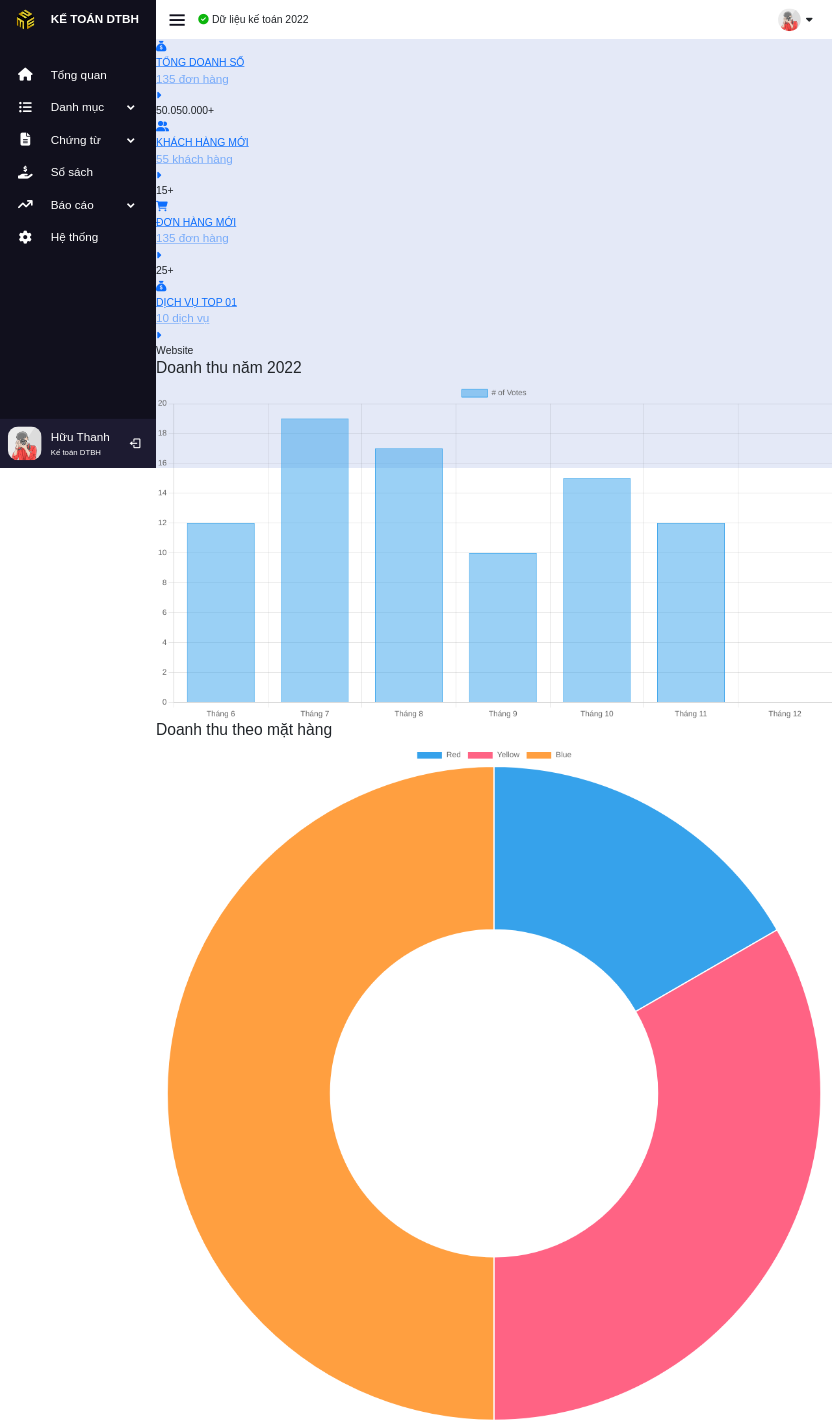
Repository: huuthanhdev/PhanMemKeToan
Page: pages/overview.html
These files come from the project's save history. The page is drawn as it stood at one moment and after the next save; the edit follows.
The browser window is 1280 px wide. The pictures show the whole page, at 65% of full size.
Some web fonts or font styles are not loaded; a fallback is used. Some web libraries are served in a nearby version.

Above is the page before, as saved 2023-05-22 11:55:12.

### pages/overview.html
<!DOCTYPE html>

<html lang="en">
<head>
    <meta charset="UTF-8">
    <meta http-equiv="X-UA-Compatible" content="IE=edge">
    <meta name="viewport" content="width=device-width, initial-scale=1.0">
    <link rel="icon" type="png" href="/img/logo 2me.png"/>
    <title>2MILLION</title>
    <!----======== CSS ======== -->
    <link rel="stylesheet" href="/css/style.css">
    <!----===== Boxicons CSS ===== -->
    <link href='https://unpkg.com/boxicons@2.1.1/css/boxicons.min.css' rel='stylesheet'>
    <link rel="stylesheet" href="https://cdnjs.cloudflare.com/ajax/libs/font-awesome/6.1.2/css/all.min.css" integrity="sha512-1sCRPdkRXhBV2PBLUdRb4tMg1w2YPf37qatUFeS7zlBy7jJI8Lf4VHwWfZZfpXtYSLy85pkm9GaYVYMfw5BC1A==" crossorigin="anonymous" referrerpolicy="no-referrer" />
    <!-- bootstrap 5 -->
    <link href="https://cdn.jsdelivr.net/npm/bootstrap@5.2.1/dist/css/bootstrap.min.css" rel="stylesheet"
    integrity="sha384-iYQeCzEYFbKjA/T2uDLTpkwGzCiq6soy8tYaI1GyVh/UjpbCx/TYkiZhlZB6+fzT" crossorigin="anonymous">

</head>
<body>
    <div class="sidebar">
      <div class="logo-details">
        <!-- <i class='bx bxl-c-plus-plus'></i> -->
        <img src="/img/logo 2me.png" alt="" class="logo-img">
        <span class="logo_name">KẾ TOÁN DTBH</span>
      </div>

      <ul class="nav-links">
        <li class="nav-item active">
          <a href="/home">
            <i class='fa-solid fa-house'></i>
            <span class="link_name">Tổng quan</span>
          </a>

          <ul class="sub-menu blank active">
            <li><a class="link_name" href="/home">Tổng quan</a></li>
          </ul>

        </li>

        <li class="nav-item">
          <div class="icon-link">
            <a href="/danhmuc/khachhang">
              <i class='fa-solid fa-list-ul' ></i>
              <span class="link_name">Danh mục</span>
            </a>
            <i class='bx bxs-chevron-down arrow' ></i>
          </div>
          <ul class="sub-menu">
            <li><a class="link_name" href="/danhmuc/khachhang">Danh mục</a></li>
            <li><a href="/danhmuc/khachhang">Khách hàng</a></li>
            <li><a href="/danhmuc/dichvu">Dịch vụ</a></li>
            <li><a href="/danhmuc/taikhoan">Tài khoản</a></li>
          </ul>
        </li>

        <li class="nav-item">
          <div class="icon-link">
            <a href="/chungtu/hoadonGTGT">
              <i class='fa-solid fa-file-lines' ></i>
              <span class="link_name">Chứng từ</span>
            </a>
            <i class='bx bxs-chevron-down arrow' ></i>
          </div>
          <ul class="sub-menu">
            <li><a class="link_name" href="/chungtu/hoadonGTGT">Chứng từ</a></li>
            <li><a href="/chungtu/hoadonGTGT">Hóa đơn GTGT</a></li>
            <li><a href="/chungtu/phieuGG">Phiếu giảm giá DV</a></li>
          </ul>
        </li>

        <li class="nav-item">
          <a href="#">
            <i class='fa-solid fa-hand-holding-dollar' ></i>
            <span class="link_name">Sổ sách</span>
          </a>
          <ul class="sub-menu blank">
            <li><a class="link_name" href="#">Sổ sách</a></li>
          </ul>
        </li>

        <li class="nav-item">
          <div class="icon-link">
            <a href="#">
              <i class='fa-solid fa-arrow-trend-up' ></i>
              <span class="link_name">Báo cáo</span>
            </a>
            <i class='bx bxs-chevron-down arrow' ></i>
          </div>
          <ul class="sub-menu">
            <li><a class="link_name" href="#">Báo cáo</a></li>
            <li><a href="#">Doanh thu theo KH</a></li>
            <li><a href="#">Doanh thu theo DV</a></li>
            <li><a href="#">Tổng hợp Doanh thu</a></li>
            <li><a href="#">Giảm trừ Doanh thu</a></li>
          </ul>
        </li>

        <li class="nav-item">
          <a href="#">
            <i class='fa-solid fa-gear' ></i>
            <span class="link_name">Hệ thống</span>
          </a>
          <ul class="sub-menu blank">
            <li><a class="link_name" href="#">Hệ thống</a></li>
          </ul>
        </li>
        <li>
      <div class="profile-details">
        <div class="profile-content">
          <img src="/img/client2.png" alt="profileImg">
        </div>
        <div class="name-job">
          <div class="profile_name">Hữu Thanh</div>
          <div class="job">Kế toán DTBH</div>
        </div>
        <i class='bx bx-log-out' ></i>
      </div>
    </li>
  </ul>
    </div>
  <section class="home-section">
    <div class="home-nav">
        <i class='bx bx-menu' ></i>
        <div class="home-text">
            <i class="fa-solid fa-circle-check home-icon"></i>
            <span>Dữ liệu kế toán 2022</span>
        </div>

        <div class="home-info">
            <img src="/img/client2.png" alt="avatar" class="home-avatar">
            <i class="fa-solid fa-caret-down"class="home-icon"></i>
        </div>
    </div>
      <!-- home-content overview -->
      <div class="home-content--overview">
        <div class="home-card">
          <div class="card-item">
            <a href="#" class="card-heading">
              <div class="icon-primary">
                <i class="fa-solid fa-sack-dollar icon-card"></i>
              </div>
              <div class="header">
                <span style="text-transform: uppercase;">Tổng Doanh số </span>
                <br>
                <span style="opacity: 0.5; font-size: 18px;">135 đơn hàng</span>
              </div>
              <i class="fa-solid fa-caret-right icon-caret"></i>
            </a>
            <div class="card-content">
              <span>50.050.000+</span>
            </div>
          </div>
          <div class="card-item">
            <a href="/danhmuc/khachhang" class="card-heading">
              <div class="icon-primary">
                <i class="fa-solid fa-user-group icon-card"></i>
              </div>
              <div class="header">
                <span style="text-transform: uppercase;">KHÁCH HÀNG MỚI</span>
                <br>
                <span style="opacity: 0.5; font-size: 18px;">55 khách hàng</span>
              </div>
              <i class="fa-solid fa-caret-right icon-caret"></i>
            </a>
            <div class="card-content">
              <span>15+</span>
            </div>
          </div>
          <div class="card-item">
            <a href="#" class="card-heading">
              <div class="icon-primary">
                <i class="fa-solid fa-cart-shopping icon-card"></i>
              </div>
              <div class="header">
                <span style="text-transform: uppercase;">ĐƠN HÀNG MỚI</span>
                <br>
                <span style="opacity: 0.5; font-size: 18px;">135 đơn hàng</span>
              </div>
              <i class="fa-solid fa-caret-right icon-caret"></i>
            </a>
            <div class="card-content">
              <span>25+</span>
            </div>
          </div>
          <div class="card-item">
            <a href="#" class="card-heading">
              <div class="icon-primary">
                <i class="fa-solid fa-sack-dollar icon-card"></i>
              </div>
              <div class="header">
                <span style="text-transform: uppercase;">Dịch vụ Top 01</span>
                <br>
                <span style="opacity: 0.5; font-size: 18px;">10 dịch vụ</span>
              </div>
              <i class="fa-solid fa-caret-right icon-caret"></i>
            </a>
            <div class="card-content">
              <span>Website</span>
            </div>
          </div>
        </div>
      <!-- CHARTS -->
      <div class="charts">
        <div class="chart">
          <h4>Doanh thu năm 2022</h4>
          <canvas id="lineChart"></canvas>
        </div>
        <div class="chart" id="doughnut-chart">
          <h4>Doanh thu theo mặt hàng</h4>
          <canvas id="doughnut"></canvas>
        </div>
      </div>


      <!-- //home-content -->
    </section>

    <script src="https://cdn.jsdelivr.net/npm/chart.js"></script>
    <script src="/app.js"></script>
    <script src="/charts/chart1.js"></script>
    <script src="/charts/chart2.js"></script>


</body>
</html>

### assets/css/style.css
/* Google Fonts Import Link */
@import url("https://fonts.googleapis.com/css2?family=Quicksand:wght@300;400;500;600&display=swap");
* {
  margin: 0;
  padding: 0;
  box-sizing: border-box;
  font-family: "Quicksand", sans-serif;
}
.sidebar{
  position: fixed;
  top: 0;
  left: 0;
  height: 100%;
  width: 240px;
  background: #11101d;
  z-index: 100;
  transition: all 0.5s ease;
}
.sidebar.close{
  width: 78px;
}
.sidebar .logo-details{
  height: 60px;
  width: 100%;
  display: flex;
  align-items: center;
}
.sidebar .logo-details i{
  font-size: 30px;
  color: #fff;
  height: 50px;
  min-width: 78px;
  text-align: center;
  line-height: 50px;
}
/*add logo  */
.sidebar .logo-details img{
  height: 40px;
  min-width: 78px;
  object-fit: contain;
  border-radius: 16px;
  transition: all 0.5s ease;
}

.sidebar .logo-details .logo_name{
  font-size: 18px;
  color: #fff;
  font-weight: 600;
  transition: 0.3s ease;
  transition-delay: 0.1s;
  position: relative;
}
.sidebar.close .logo-details .logo_name{
  transition-delay: 0s;
  opacity: 0;
  pointer-events: none;
}
.sidebar .nav-links{
  height: 100%;
  padding: 30px 0 150px 0;
  overflow: auto;
}
.sidebar.close .nav-links{
  overflow: visible;
}
.sidebar .nav-links::-webkit-scrollbar{
  display: none;
}
.sidebar .nav-links li{
  position: relative;
  list-style: none;
  transition: all 0.4s ease;
}
.sidebar .nav-links li:hover{
  background: #1d1b31;
}
.sidebar .nav-links li .icon-link{
  display: flex;
  align-items: center;
  justify-content: space-between;
}
.sidebar.close .nav-links li .icon-link{
  display: block
}
.sidebar .nav-links li i{
  height: 50px;
  min-width: 78px;
  text-align: center;
  line-height: 50px;
  color: #fff;
  font-size: 20px;
  cursor: pointer;
  transition: all 0.3s ease;
}
.sidebar .nav-links li.showMenu i.arrow{
  transform: rotate(-180deg);
}
.sidebar.close .nav-links i.arrow{
  display: none;
}
.sidebar .nav-links li a{
  display: flex;
  align-items: center;
  text-decoration: none;
}
.sidebar .nav-links li a .link_name{
  font-size: 18px;
  font-weight: 400;
  color: #fff;
  transition: all 0.4s ease;
}
.sidebar.close .nav-links li a .link_name{
  opacity: 0;
  pointer-events: none;
}
.sidebar .nav-links li .sub-menu{
  padding: 6px 6px 14px 80px;
  margin-top: -10px;
  background: #1d1b31;
  display: none;
}
.sidebar .nav-links li.showMenu .sub-menu{
  display: block;
}
.sidebar .nav-links li .sub-menu a{
  color: #fff;
  font-size: 15px;
  padding: 5px 0;
  white-space: nowrap;
  opacity: 0.6;
  transition: all 0.3s ease;
}
.sidebar .nav-links li .sub-menu a:hover{
  opacity: 1;
}
.sidebar.close .nav-links li .sub-menu{
  position: absolute;
  left: 100%;
  top: -10px;
  margin-top: 0;
  padding: 10px 20px;
  border-radius: 0 6px 6px 0;
  opacity: 0;
  display: block;
  pointer-events: none;
  transition: 0s;
}
.sidebar.close .nav-links li:hover .sub-menu{
  top: 0;
  opacity: 1;
  pointer-events: auto;
  transition: all 0.4s ease;
}
.sidebar .nav-links li .sub-menu .link_name{
  display: none;
}
.sidebar.close .nav-links li .sub-menu .link_name{
  font-size: 18px;
  opacity: 1;
  display: block;
}
.sidebar .nav-links li .sub-menu.blank{
  opacity: 1;
  pointer-events: auto;
  padding: 3px 20px 6px 16px;
  opacity: 0;
  pointer-events: none;
}
.sidebar .nav-links li:hover .sub-menu.blank{
  top: 50%;
  transform: translateY(-50%);
}
.sidebar .profile-details{
  position: fixed;
  bottom: 0;
  width: 240px;
  display: flex;
  align-items: center;
  justify-content: space-between;
  background: #1d1b31;
  padding: 12px 0;
  transition: all 0.5s ease;
}
.sidebar.close .profile-details{
  background: none;
}
.sidebar.close .profile-details{
  width: 78px;
}
.sidebar .profile-details .profile-content{
  display: flex;
  align-items: center;
  cursor: pointer;
}
.sidebar .profile-details img{
  height: 52px;
  width: 52px;
  object-fit: cover;
  border-radius: 16px;
  margin: 0 14px 0 12px;
  background: #1d1b31;
  transition: all 0.5s ease;
}
.sidebar.close .profile-details img{
  padding: 10px;
}
.sidebar .profile-details .profile_name,
.sidebar .profile-details .job{
  color: #fff;
  font-size: 18px;
  font-weight: 500;
  white-space: nowrap;
}
/* thêm nowrap */
.sidebar .nav-links .link_name,
.sidebar .logo-details .logo_name{
  white-space: nowrap;
}
/*  */
.sidebar.close .profile-details i,
.sidebar.close .profile-details .profile_name,
.sidebar.close .profile-details .job{
  display: none;
}
.sidebar .profile-details .job{
  font-size: 12px;
}
.home-section{
  position: relative;
  background: #E4E9F7;
  height: 100vh;
  left: 240px;
  width: calc(100% - 240px);
  transition: all 0.5s ease;
}
.sidebar.close ~ .home-section{
  left: 78px;
  width: calc(100% - 78px);
}
.home-section .home-nav{
  height: 60px;
  display: flex;
  align-items: center;
}
.home-section .home-nav .bx-menu,
.home-section .home-nav .text{
  color: #11101d;
  font-size: 35px;
}
.home-section .home-nav .bx-menu{
  margin: 0 15px;
  cursor: pointer;
}
.home-section .home-nav .text{
  font-size: 26px;
  font-weight: 600;
}
@media (max-width: 400px) {
  .sidebar.close .nav-links li .sub-menu{
    display: none;
  }
  .sidebar{
    width: 78px;
  }
  .sidebar.close{
    width: 0;
  }
  .home-section{
    left: 78px;
    width: calc(100% - 78px);
    z-index: 100;
  }
  .sidebar.close ~ .home-section{
    width: 100%;
    left: 0;
  }
}
/* nav fixed */
.home {
  position: fixed;
}
.home-nav {
  display: flex;
  justify-content: flex-start;
  margin-top: auto;
  width: 100%;
  height: 60px;
  background-color: white;
}
.home-info, .home-text {
  display: flex;
  align-items: center;
  justify-content: space-between;
}
.home-icon {
  color: #11101d;
}
.home-text .home-icon {
  color: rgb(12, 181, 12);
  padding-right: 5px;
}
.home-avatar {
  width: 35px;
  height: 35px;
  border-radius: 50%;
  object-fit: cover;
  margin-right: 8px;
}
.home-info{
  margin-left: auto;
  padding-right: 30px;
  cursor: pointer;
}

### app.js
let arrow = document.querySelectorAll(".arrow");
  for (var i = 0; i < arrow.length; i++) {
    arrow[i].addEventListener("click", (e)=>{
   let arrowParent = e.target.parentElement.parentElement;//selecting main parent of arrow
   arrowParent.classList.toggle("showMenu");
    });
  }
  let sidebar = document.querySelector(".sidebar");
  let sidebarBtn = document.querySelector(".bx-menu");
  console.log(sidebarBtn);
  sidebarBtn.addEventListener("click", ()=>{
    sidebar.classList.toggle("close");
  });

// Popup
function openForm() {
  document.getElementById("myForm").style.display = "block";
}

function closeForm() {
  document.getElementById("myForm").style.display = "none";
}

// checkbox - select all
  function checkAll(baseId, itemId) {
    var baseCheck = document.getElementById(baseId).checked;
    var item = document.getElementById(itemId + '1');
    var i = 1;

    while (item != null) {
      if (item.disabled == false) {
        item.checked = baseCheck;
      }
      i = i + 1;
      item = document.getElementById(itemId + i);
    }
  }
// checkbox - select all

### assets/charts/chart1.js
const ctx = document.getElementById('lineChart');

  new Chart(ctx, {
    type: 'bar',
    data: {
      labels: ['Tháng 6', 'Tháng 7', 'Tháng 8', 'Tháng 9', 'Tháng 10', 'Tháng 11', 'Tháng 12'],
      datasets: [{
        label: '# of Votes',
        data: [12, 19, 17, 10, 15, 12],
        borderWidth: 1
      }]
    },
    options: {
      scales: {
        y: {
          beginAtZero: true
        }
      }
    }
  });

### assets/charts/chart2.js
const cta = document.getElementById('doughnut');

new Chart(cta, {
    type: 'doughnut',
    data: {
        datasets: [{
            data: [10, 20, 30]
        }],

        // These labels appear in the legend and in the tooltips when hovering different arcs
        labels: [
            'Red',
            'Yellow',
            'Blue'
        ]
    },
    options: {
        responsive:true
    }
});

After the next save:
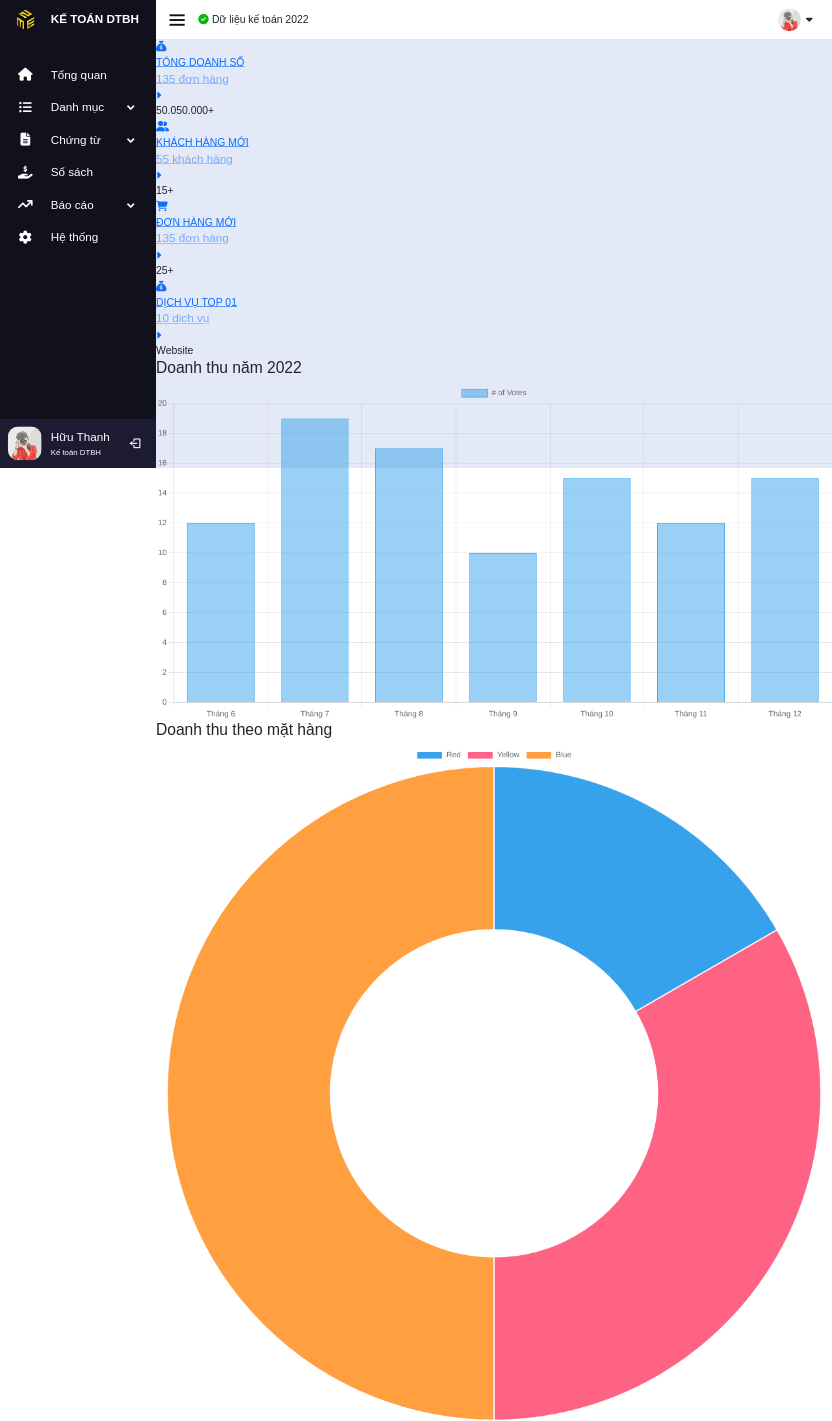
Saved 9 s later.
--- a/assets/charts/chart1.js
+++ b/assets/charts/chart1.js
@@ -6,7 +6,7 @@ const ctx = document.getElementById('lineChart');
       labels: ['Tháng 6', 'Tháng 7', 'Tháng 8', 'Tháng 9', 'Tháng 10', 'Tháng 11', 'Tháng 12'],
       datasets: [{
         label: '# of Votes',
-        data: [12, 19, 17, 10, 15, 12],
+        data: [12, 19, 17, 10, 15, 12, 15],
         borderWidth: 1
       }]
     },
